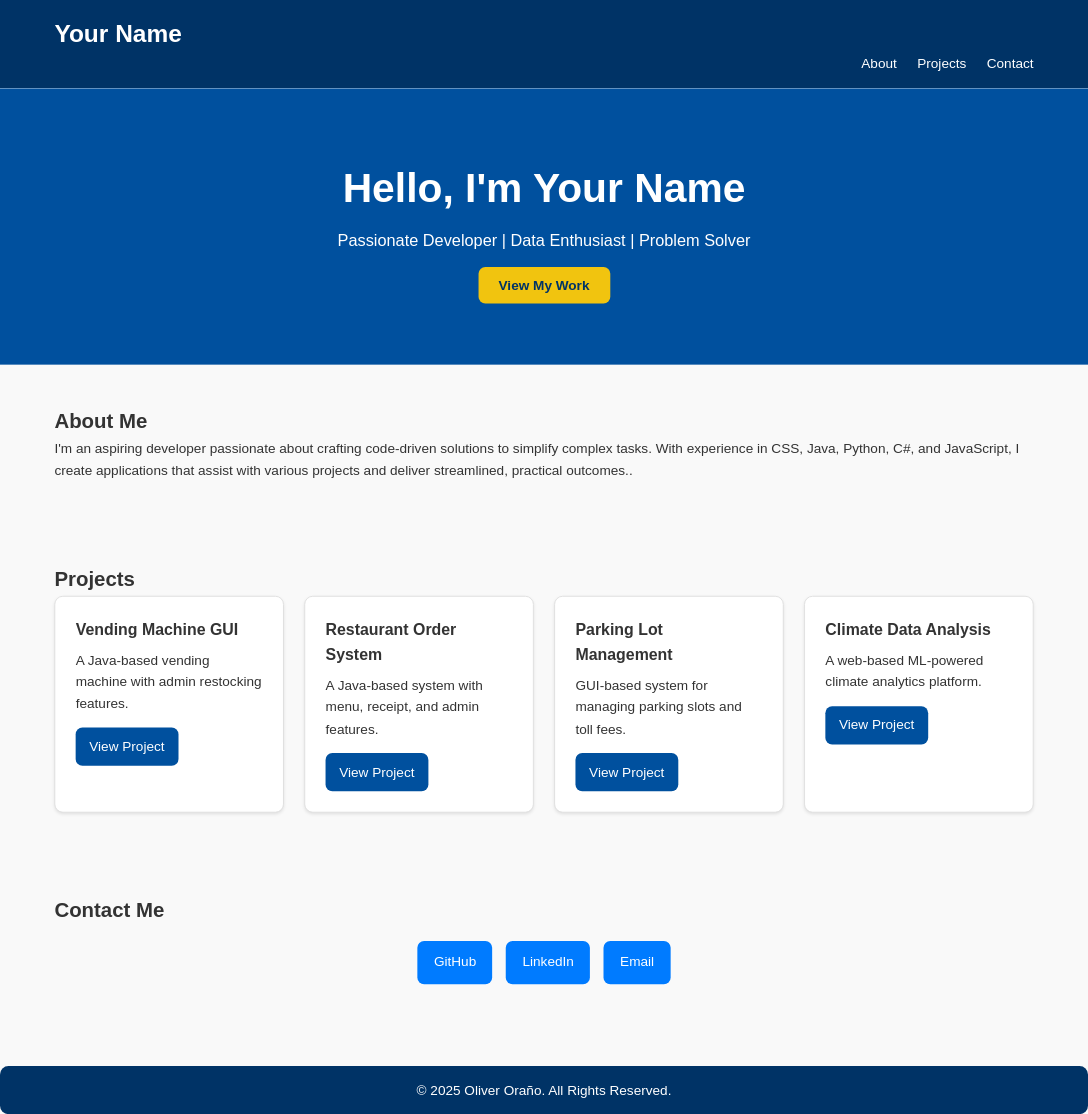
Repository: nightmar3fuel/portfolio.html
Page: my.html
An editor plug-in stored every save of this project. The page is shown before and after the next save, followed by the edit.
The browser window is 1280 px wide. The pictures show the whole page, at 85% of full size.

Above is the page before, as saved 2025-02-06 14:32:05.

After the next save:
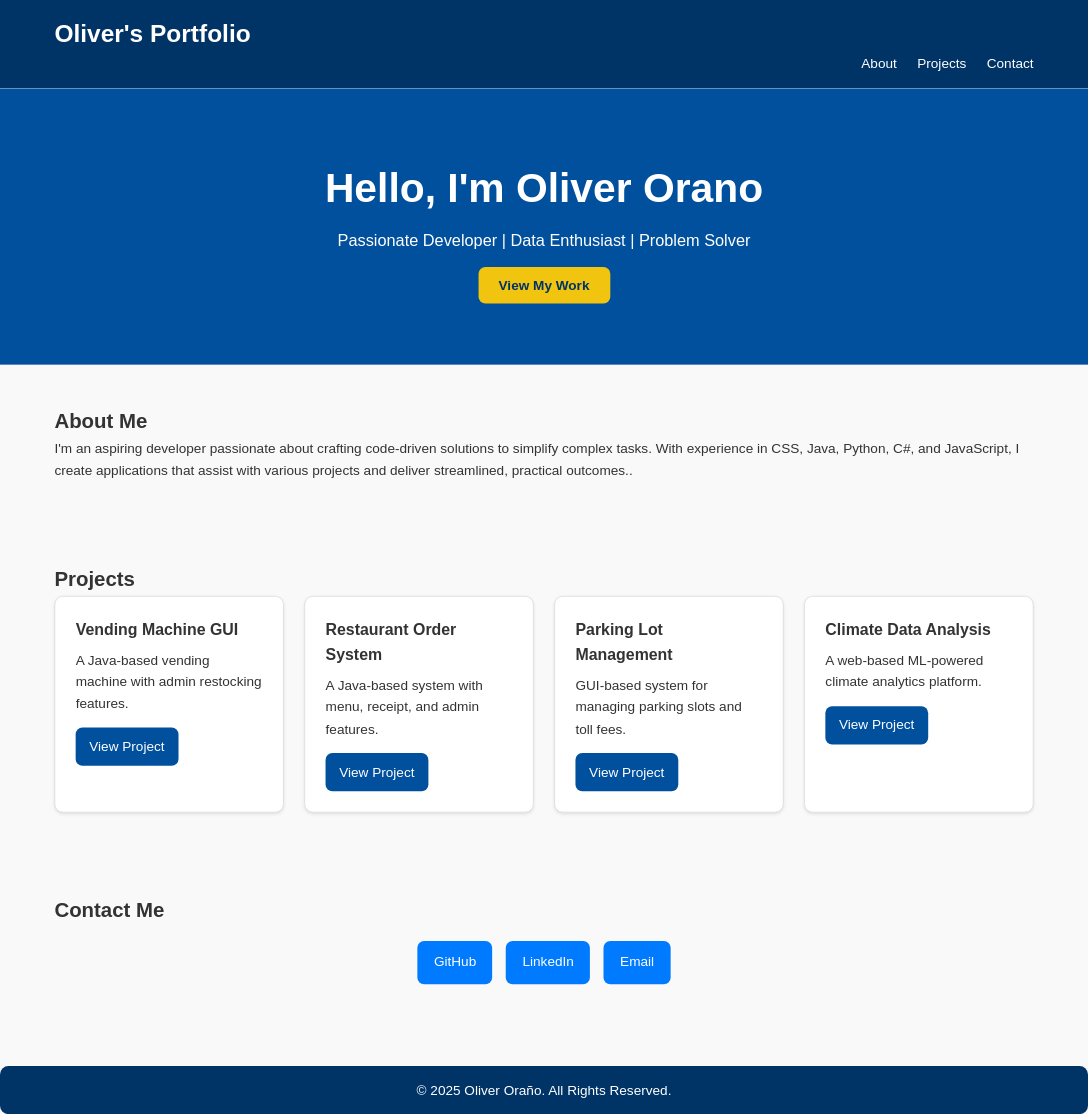
Saved 3 min 40 s later.
--- a/my.html
+++ b/my.html
@@ -12,7 +12,7 @@
     <header>
         <nav class="navbar">
             <div class="container">
-                <h1 class="logo">Your Name</h1>
+                <h1 class="logo">Oliver's Portfolio</h1>
                 <ul class="nav-links">
                     <li><a href="#about">About</a></li>
                     <li><a href="#projects">Projects</a></li>
@@ -24,7 +24,7 @@
 
     <section id="hero">
         <div class="hero-container">
-            <h2>Hello, I'm Your Name</h2>
+            <h2>Hello, I'm Oliver Orano</h2>
             <p>Passionate Developer | Data Enthusiast | Problem Solver</p>
             <a href="#projects" class="cta-button">View My Work</a>
         </div>
